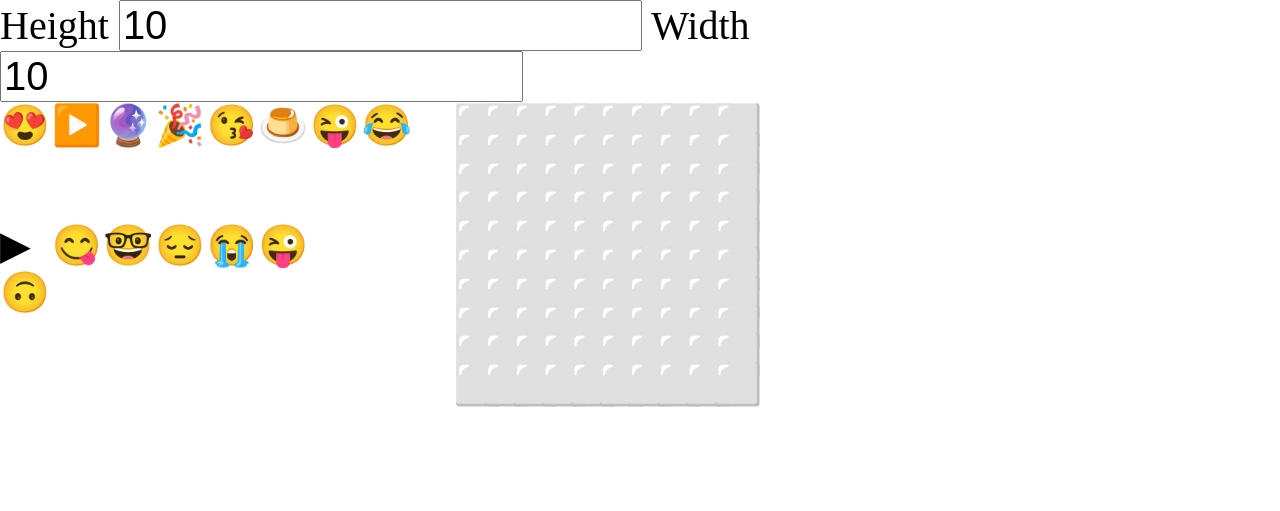
Repository: roast-rabbit/emoji-art-generator
Page: index.html
The author's editor kept a copy of each file at every save. The page is drawn from the files as they stood at one save, then again after the next save.
The browser window is 1280 px wide. The pictures show the whole page.

Above is the page before, as saved 2022-12-06 15:50:32.

After the next save:
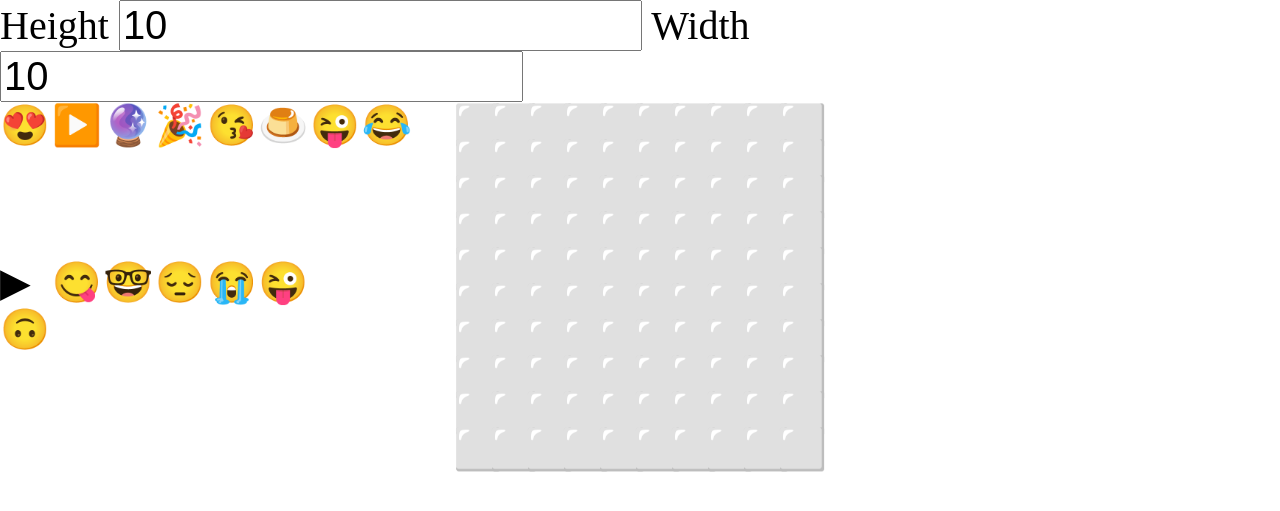
Saved 43 s later.
--- a/styles.css
+++ b/styles.css
@@ -13,8 +13,8 @@ body {
 
 #board {
   display: inline-grid;
-  grid-template-columns: repeat(var(--height), 4vmin);
-  grid-template-rows: repeat(var(--width), 4vmin);
+  grid-template-columns: repeat(var(--height), 5vmin);
+  grid-template-rows: repeat(var(--width), 5vmin);
 }
 
 .tile {
